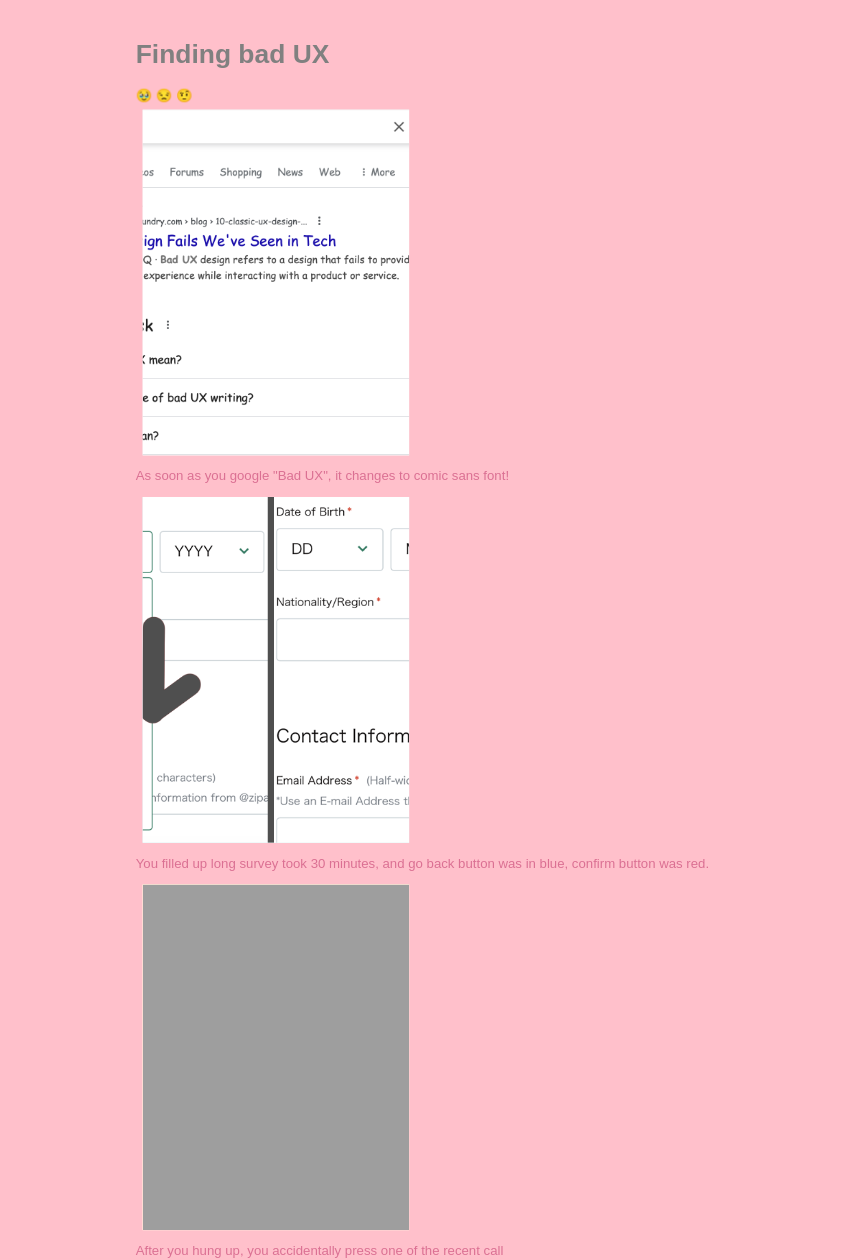
Repository: j1s00jang/MDIA-2109
Page: index.html
An editor plug-in stored every save of this project. The page is shown before and after the next save, followed by the edit.
The browser window is 1280 px wide. The pictures show the whole page, at 66% of full size.
Pictures or frames that could not be fetched are drawn as grey boxes.

Above is the page before, as saved 2025-02-24 14:54:19.

After the next save:
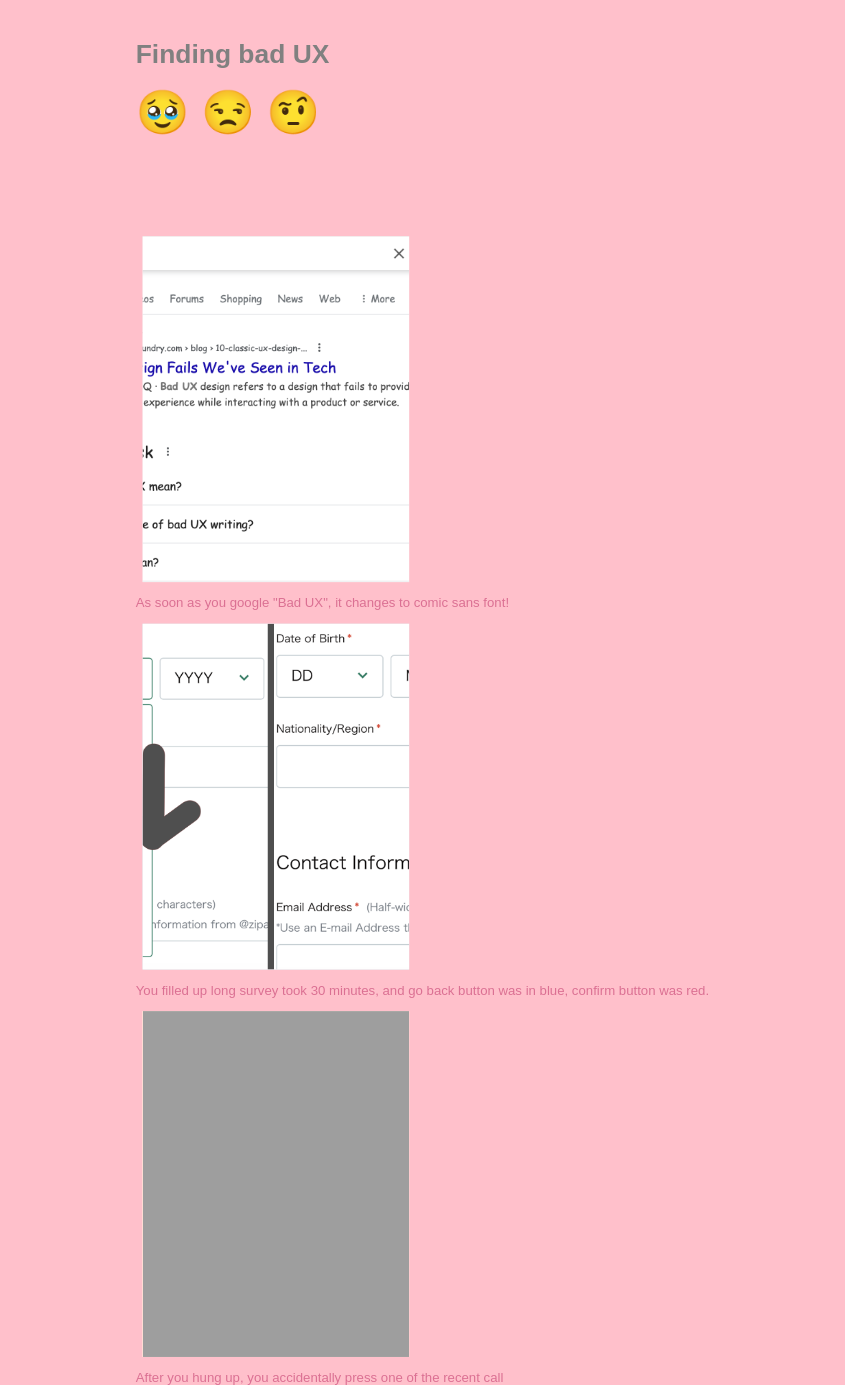
Saved 31 s later.
--- a/css/styles.css
+++ b/css/styles.css
@@ -79,3 +79,9 @@ body {
     object-fit: cover;
     opacity: 1;
 }
+
+.gsap {
+    position: relative;
+    height: 30vh;
+    font-size: 65px;
+}
